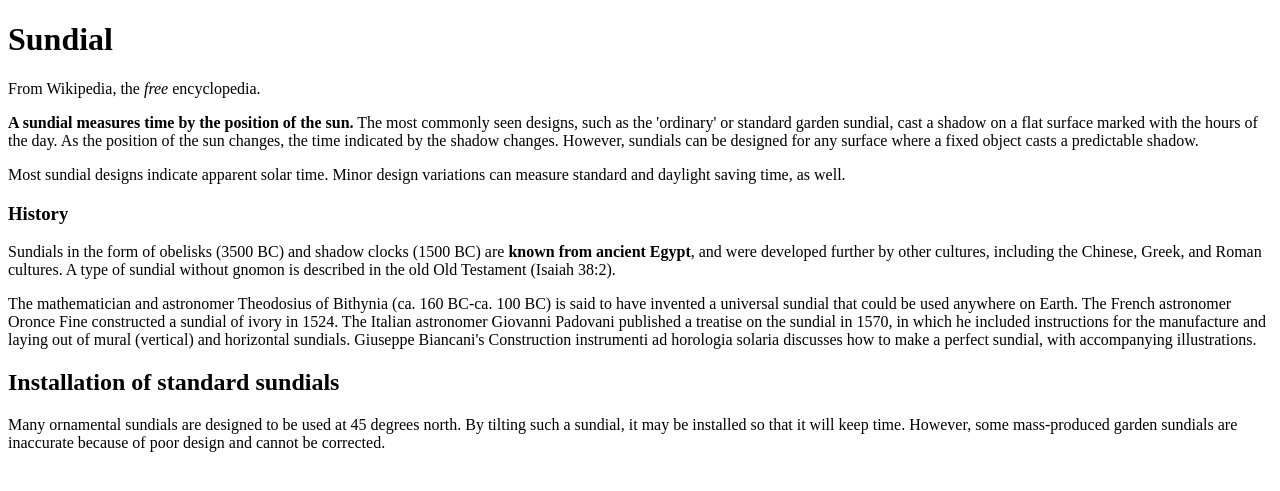
Repository: 9-5-pursuit/lab-intro-to-html
Page: sundial.html
The author's editor kept a copy of each file at every save. The page is drawn from the files as they stood at one save, then again after the next save.
The browser window is 1280 px wide. The pictures show the whole page.

Above is the page before, as saved 2023-02-27 21:44:05.

After the next save:
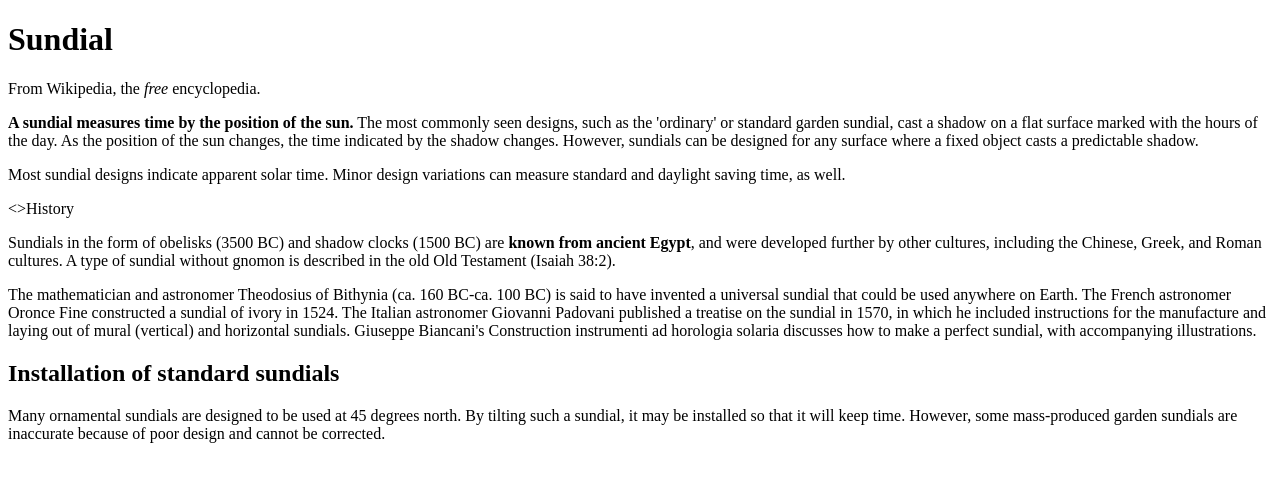
Saved 2 min 0 s later.
--- a/sundial.html
+++ b/sundial.html
@@ -24,7 +24,7 @@
       can measure standard and daylight saving time, as well.
       </p>
     <article>
-        <h3>History</h3>
+        <>History</>
       <p>
         Sundials in the form of obelisks (3500 BC) and shadow clocks (1500 BC)
         are <strong>known from ancient Egypt</strong>, and were developed further by other
